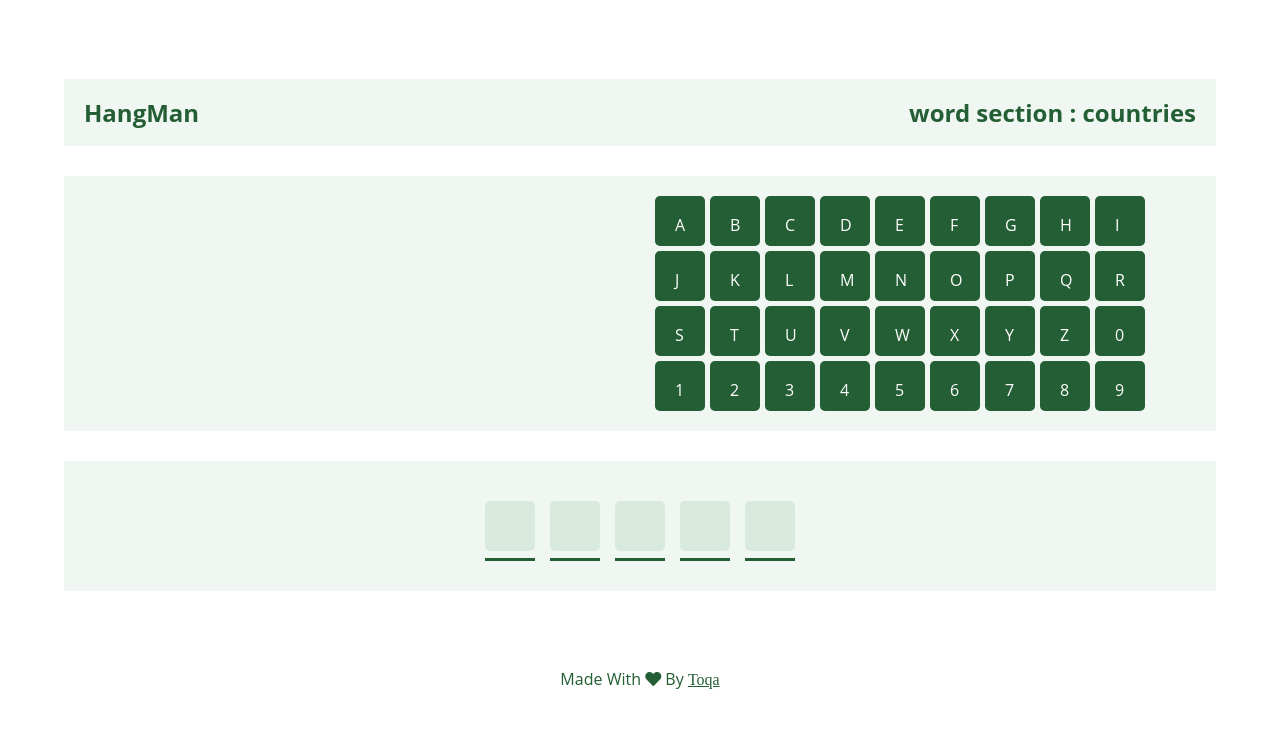
Repository: Toqa-25/HangMan-Game
Page: index.html
An editor plug-in stored every save of this project. The page is shown before and after the next save, followed by the edit.
The browser window is 1280 px wide. The pictures show the whole page.
Some web fonts or font styles are not loaded; a fallback is used.

Above is the page before, as saved 2022-02-15 14:32:41.

### index.html
<!DOCTYPE html>
<html lang="en">
<head>
    <meta charset="UTF-8">
    <meta http-equiv="X-UA-Compatible" content="IE=edge">
    <meta name="viewport" content="width=device-width, initial-scale=1.0">
     <!-- css fils -->
     <link rel="stylesheet" href="css/normalize.css">
     <link rel="stylesheet" href="css/all.min.css">
     <link rel="stylesheet" href="css/style.css">
     <!-- google fonts -->
     <link href="https://fonts.googleapis.com/css2?family=Pushster&amp;display=swap" rel="stylesheet">
     <!-- page title -->
    <title>HangMan</title>
</head>
<body>
    <section class="hangman container">
        <div class="header">
            <h2 class="game-name">HangMan</h2>
            <h2 class="word-section">word section : <span class="section-name"></span></h2>
        </div>
        <div class="game">
            <div class="game-drow">
                <div class="game-drow-content">
                    <div class="vertical-stand false-try"></div>
                    <div class="horizontal-stand false-try"></div>
                    <div class="vertical-rope false-try"></div>
                    <div class="circle-rope false-try"></div>
                    <div class="game-drow-man">
                        <div class="man-head false-try"></div>
                        <div class="man-body false-try"></div>
                        <div class="man-hand false-try"></div>
                        <div class="man-leg false-try"></div>
                    </div>
                </div>
            </div>
            <div class="game-keyboard"></div>
        </div>
        <div class="solution">
            <div class="solution-content"></div>
        </div>
        <div class="result">
            <div class="result-content">
                <div class="result-win">
                    <h1 class="win-msg">congratulations</h1>
                    <i class="fas fa-trophy fa-4x"></i>
                    <button class="next">next</button>
                </div>
                <div class="result-loser">
                     <h1 class="loser-msg">game over</h1>
                    <button class="try">try again</button>
                </div>
            </div>
        </div>
    </section>
    <!--  copyRight style  -->
    <div class="bottom-group">
             <p>made with <i class="fas fa-heart"></i> by <a class="developer link-none" href="https://toqa-25.github.io/portfolio/">toqa</a></p>
    </div>
      <audio id="success" src="sounds/success-sound-effect.mp3"   preload="auto" type="audio/ogg" id="success"></audio>
      <audio id="lose" src="sounds/game-lose-sound-effect.mp3"   preload="auto" type="audio/ogg" id="success"></audio>
    <script src="js/script.js"></script>
</body>
</html>

### css/style.css
/* component style */
:root{
    --main-color:#245e34;
    /* --main-color:#34A853; */
    --main-alt-color:#34a85362;
    --background-color:#d8e9dd62;
    /* --background-color:#baebc762; */
    --white-color:#fff;
    --text-color:#2f5019;
}
*{
     margin:0;
     padding:0;
     box-sizing: border-box;
}
html{
    scroll-behavior: smooth;
}
body{
    font-family: 'Open Sans', sans-serif;
    min-height: 100vh;
}
.container{
    width:90%;
    margin:20px auto;
}

.pad{
    padding: 30px 0;
}

/* elements style */
section{
    display: flex;
    justify-content: center;
    align-items: center;
    flex-direction: column;
    gap: 30px;
    color:var(--main-color);
}
@media (min-width:992px){
    section{
        height: calc(100vh - 90px );
}
}
.header {
    width: 100%;
    display: flex;
    justify-content: space-between;
    padding: 20px 20px;
    background-color: var(--background-color);
}
/****************************/
.game {
    display: flex;
    justify-content: space-between;
    align-items: center;
    background-color: var(--background-color);
    width: 100%;
    padding: 20px;
    gap:30px;
}
@media(max-width:575px){
    .game{
        flex-direction: column;
    }
}
.game-drow {
    position: relative;
    flex:1;
}
.game-drow-content {
    width: fit-content;
    /* margin: auto; */
    margin-left: 40%;
    position: relative;
}
.vertical-stand {
    height: 300px;
    width: 5px;
    background-color: var(--main-color);
}
.horizontal-stand {
    height: 5px;
    width: 130px;
    position: absolute;
    top: 24px;
    left: 0;
    background-color: var(--main-color);
}
.vertical-rope {
    background-color: var(--main-color);
    width: 5px;
    height: 46px;
    position: absolute;
    top: 28px;
    left: 125px;
}
.circle-rope {
    width: 80px;
    height: 80px;
    border-radius: 50%;
    border: 4px dashed var(--main-color);
    position: absolute;
    left: 86px;
    top: 74px;
}
.man-head {
    width: 50px;
    height: 50px;
    border-radius: 50%;
    border: 4px solid var(--main-color);
    position: absolute;
    left: 100px;
    top: 90px;
}
.man-body {
    background-color: var(--main-color);
    width: 5px;
    height: 100px;
    position: absolute;
    bottom: 49px;
    left: 125px;
}
.man-hand , .man-leg{
    position: relative;
}
.man-hand::before,
.man-hand::after{
    content:"";
    background-color: var(--main-color);
    width: 5px;
    height: 60px;
    position: absolute;
    bottom: 90px;
    left: 125px;
}
.man-hand::before{
    left: 100px;
    transform: rotate(-50deg);
    -webkit-transform: rotate(-50deg);
    -moz-transform: rotate(-50deg);
    -ms-transform: rotate(-50deg);
    -o-transform: rotate(-50deg);
}
.man-hand::after{
    transform: rotate(50deg);
    left: 150px;
    -webkit-transform: rotate(50deg);
    -moz-transform: rotate(50deg);
    -ms-transform: rotate(50deg);
    -o-transform: rotate(50deg);
}
.man-leg::before,
.man-leg::after{
    content:"";
    background-color: var(--main-color);
    width: 5px;
    height: 60px;
    position: absolute;
    bottom: 0px;
    left: 125px;
}
.man-leg::before{
    left: 100px;
    transform: rotate(50deg);
    -webkit-transform: rotate(50deg);
    -moz-transform: rotate(50deg);
    -ms-transform: rotate(50deg);
    -o-transform: rotate(50deg);
}
.man-leg::after{
    transform: rotate(-50deg);
    left: 150px;
    -webkit-transform: rotate(-50deg);
    -moz-transform: rotate(-50deg);
    -ms-transform: rotate(-50deg);
    -o-transform: rotate(-50deg);
}
.vertical-stand , .horizontal-stand , .vertical-rope , .circle-rope ,
.man-head , .man-body , .man-hand , .man-leg {
    display:none;
}
.game-keyboard{
    flex:1;
    display: flex;
    gap: 5px;
    flex-wrap: wrap;
    align-items: center;
}
.key-letter {
    display: block;
    padding: 20px;
    background-color: var(--main-color);
    color: #fff;
    width: 50px;
    height: 50px;
    text-transform: uppercase;
    border-radius: 5px;
    cursor: pointer;
}
.clicked{
    background-color: #b5dfc0;
    pointer-events: none;
}
.solution {
    padding: 40px 20px;
    background-color: var(--background-color);
     width: 100%;

}
.solution-content {
    display: flex;
    align-items: center;
    justify-content: center;
    gap: 15px;
    flex-wrap: wrap;

}
.word-letter {
    display: flex;
    justify-content: center;
    align-items: center;
    color: var(--main-color);
    font-weight: bold;
    padding: 10px;
    background-color: #d8e9dd;
    /* color: #fff; */
    width: 50px;
    height: 50px;
    text-transform: uppercase;
    border-radius: 5px;
    font-size: 20px;
    position: relative;
}
.word-letter:before{
    content: "";
    width: 100%;
    height: 3px;
    position: absolute;
    bottom: -10px;
    left: 0;
    background-color: var(--main-color);
}
.result {
    width: 100%;
    height: 200vh;
    position: absolute;
    top: 0;
    left: 0;
    background-color: #2f5019bf;
    color: #fff;
    font-size: 30px;
    display: flex;
    justify-content: center;
    align-items: center;
    display: none;
}
.result-content{
    width: 100%;
    height: 100vh;
    position: absolute;
    top: 0;
    left: 0;
    background-color: #2f5019bf;
    color: #fff;
    font-size: 30px;
    display: flex;
    justify-content: center;
    align-items: center;
    /* display: none; */
}
.result-win ,.result-loser {
    display: flex;
    flex-direction: column;
    justify-content: center;
    align-items: center;
    gap: 50px;
}
.win-msg , .loser-msg{
    text-transform: capitalize;
    margin:0;
    text-align: center;
}
.result-win i ,.result-loser i {
    width:fit-content;
}
.result-win button ,.result-loser button {
    color: var(--main-color);
    text-transform: capitalize;
    padding: 10px 20px;
    border-radius: 5px;
    border: none;
    cursor: pointer;
    background-color: #fff;
}
.result-win{
    display: none;
}
.result-loser{
    display: none;
}

.none{
 display:none
}
.show-flex{
    display: flex;
}
.show-block{
    display: block;
}
/* copyRight style */
.bottom-group{
color:var(--main-color);
text-align: center;
margin: 16px auto;
}
.bottom-group p{
    text-transform:capitalize;
}
.bottom-group p a{
    font-family: 'Pushster', cursive;
     color:var(--main-color);
}

### js/script.js
let sectionName = document.querySelector(".section-name "),
    keyBoard = document.querySelector(".game-keyboard "),
    solution = document.querySelector(".solution "),
    solutionContent = document.querySelector(".solution-content ");
   //hangMan variables
let verticalStand = document.querySelector(".vertical-stand "),
    horizontalStand = document.querySelector(".horizontal-stand "),
    verticalRope = document.querySelector(".vertical-rope "),
    circleRope = document.querySelector(".circle-rope "),
    manHead = document.querySelector(".man-head "),
    manBody = document.querySelector(".man-body "),
    manHand = document.querySelector(".man-hand "),
    nextBuuton = document.querySelector(".next ");
    tryBuuton = document.querySelector(".try ");

// hangMan drow array
let hangMan = Array.from(document.querySelectorAll(".false-try")),
  hangManLast = hangMan[hangMan.length - 1];

// result var
let resultDiv = document.querySelector(".result"),
  resultWinDiv = document.querySelector(".result-win"),
  resultLoserDiv = document.querySelector(".result-loser"),
  manLeg = document.querySelector(".man-leg ");


// Object Of Words + Categories
const words = {
    programming: ["php", "javascript", "go", "scala", "fortran", "r", "mysql", "python"],
    movies: ["Prestige", "Inception", "Parasite", "Interstellar", "Whiplash", "Memento", "Coco", "Up"],
    people: ["Albert Einstein", "Hitchcock", "Alexander", "Cleopatra", "Mahatma Ghandi"],
    countries: ["Syria", "Palestine", "Yemen", "Egypt", "Bahrain", "Qatar"]
};
let wordsKey = Object.keys(words),
    randomSection = Math.floor(Math.random() * wordsKey.length),
    randomSectionKey = wordsKey[randomSection],
    randomSectionvalue = words[randomSectionKey],
    randomIndexForWord = Math.floor(Math.random() * randomSectionvalue.length),
    randomWord = randomSectionvalue[randomIndexForWord].toUpperCase();
// console.log(randomWord);



// Letters
const letters = "abcdefghijklmnopqrstuvwxyz0123456789".toUpperCase();
let lettersArray =Array.from(letters)


// step => show section
sectionName.innerHTML = randomSectionKey;

// step => create word in solution
let randomWordArray= [...randomWord]
randomWordArray.map(letter => {
    solutionContent.innerHTML += `<span class="word-letter empty"></span>`;
})
let solutionContentSpans = Array.from(document.querySelectorAll(".solution-content span ")),
    solutionEmptySpans = Array.from(document.querySelectorAll(".empty")),
    lastSolutionContentSpan=(solutionContentSpans[(solutionContentSpans.length)-1])


// step => create keybord
lettersArray.map(letter => {
    keyBoard.innerHTML += `<span class="key-letter">${letter}</span>`;
})
let correctLetters = 0,
    countn=0

// step => get letter from keybord
let keyBoardLetters = [...document.querySelectorAll(".key-letter")];
if (lastSolutionContentSpan.innerHTML == ""){
    keyBoardLetters.map(letter => {
        letter.onclick = function (e) {
            let letterSpane = e.currentTarget,
                chracter = letterSpane.innerHTML;
            letterSpane.classList.add("clicked")
            if (randomWordArray.includes(chracter)) {
                randomWordArray.map((letter, index) => {
                  if (letter === chracter) {
                      solutionContentSpans[index].innerHTML = chracter;
                 correctLetters++
                //  console.log(correctLetters);
                      final();
                      success();
                }
                });
                   }
            else {
                hangMan[countn].classList.add("show-block");
                countn++
                tries();
               lose();
            }
        }
        });
    }


nextBuuton.onclick = load;
tryBuuton.onclick = load;

function final() {
        if (correctLetters == randomWord.length) {
            setTimeout( function(){
                resultDiv.classList.add("show-flex");
                resultWinDiv.classList.add("show-flex");
            }, 200)
          console.log("empty");
        }
}
function tries() {
    if (hangManLast.classList.contains("show-block")) {
         setTimeout(function () {
             document.querySelector(
               ".loser-msg"
             ).innerHTML = `game over <br> the word is ${randomWord}`;
          resultDiv.classList.add("show-flex");
        resultLoserDiv.classList.add("show-flex");
         }, 100);
    }
}

function load(){
    location.reload();
}

function success() {
    document.getElementById("success").play()
}
function lose() {
    document.getElementById("lose").play()
}

console.log("zain")
console.log(solutionContentSpans);

Loaded but not shown: css/normalize.css (library); css/all.min.css (library)

After the next save:
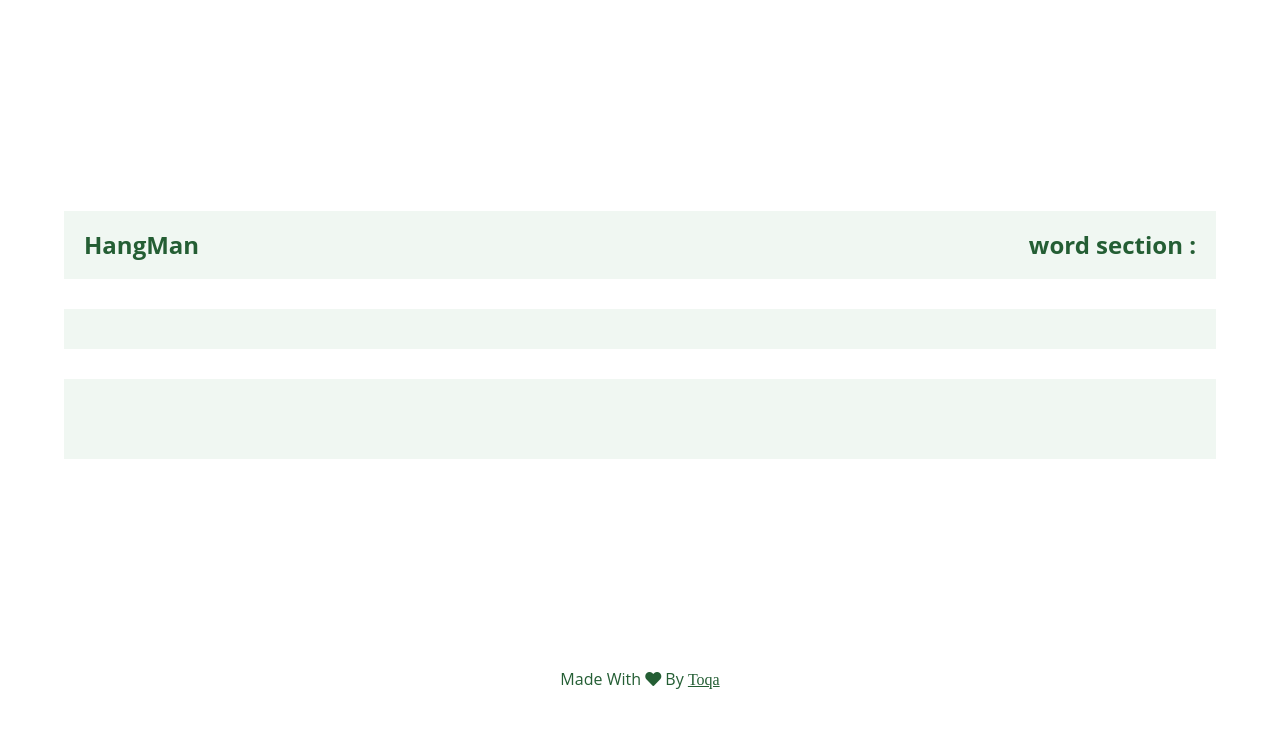
Console error: SyntaxError: Identifier 'resultWinDiv' has already been declared
Saved 54 s later.
--- a/js/script.js
+++ b/js/script.js
@@ -19,6 +19,7 @@
 
 // result var
 let resultDiv = document.querySelector(".result"),
+  resultWinDiv = document.querySelector(".result-win"),
   resultWinDiv = document.querySelector(".result-win"),
   resultLoserDiv = document.querySelector(".result-loser"),
   manLeg = document.querySelector(".man-leg ");

After the save that followed:
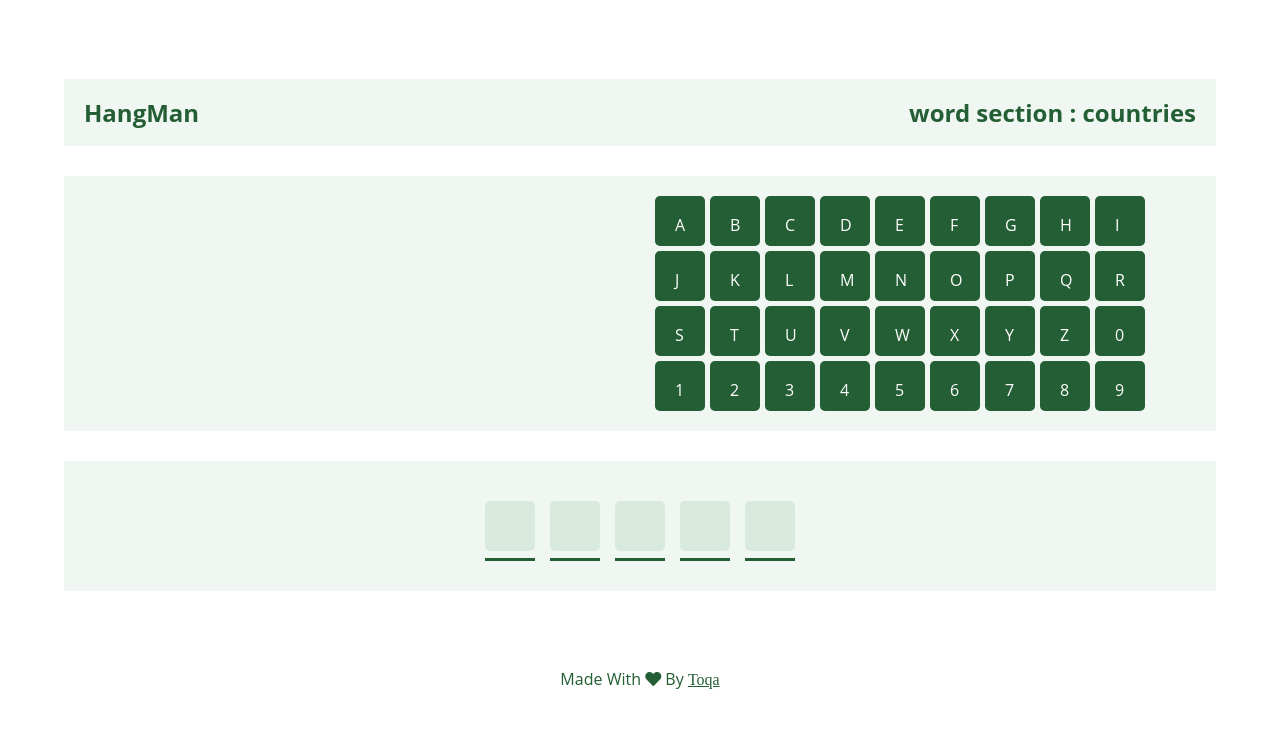
The error is gone.
Saved 11 s later.
--- a/js/script.js
+++ b/js/script.js
@@ -19,7 +19,7 @@
 
 // result var
 let resultDiv = document.querySelector(".result"),
-  resultWinDiv = document.querySelector(".result-win"),
+  resultContent = document.querySelector(".result-win"),
   resultWinDiv = document.querySelector(".result-win"),
   resultLoserDiv = document.querySelector(".result-loser"),
   manLeg = document.querySelector(".man-leg ");
